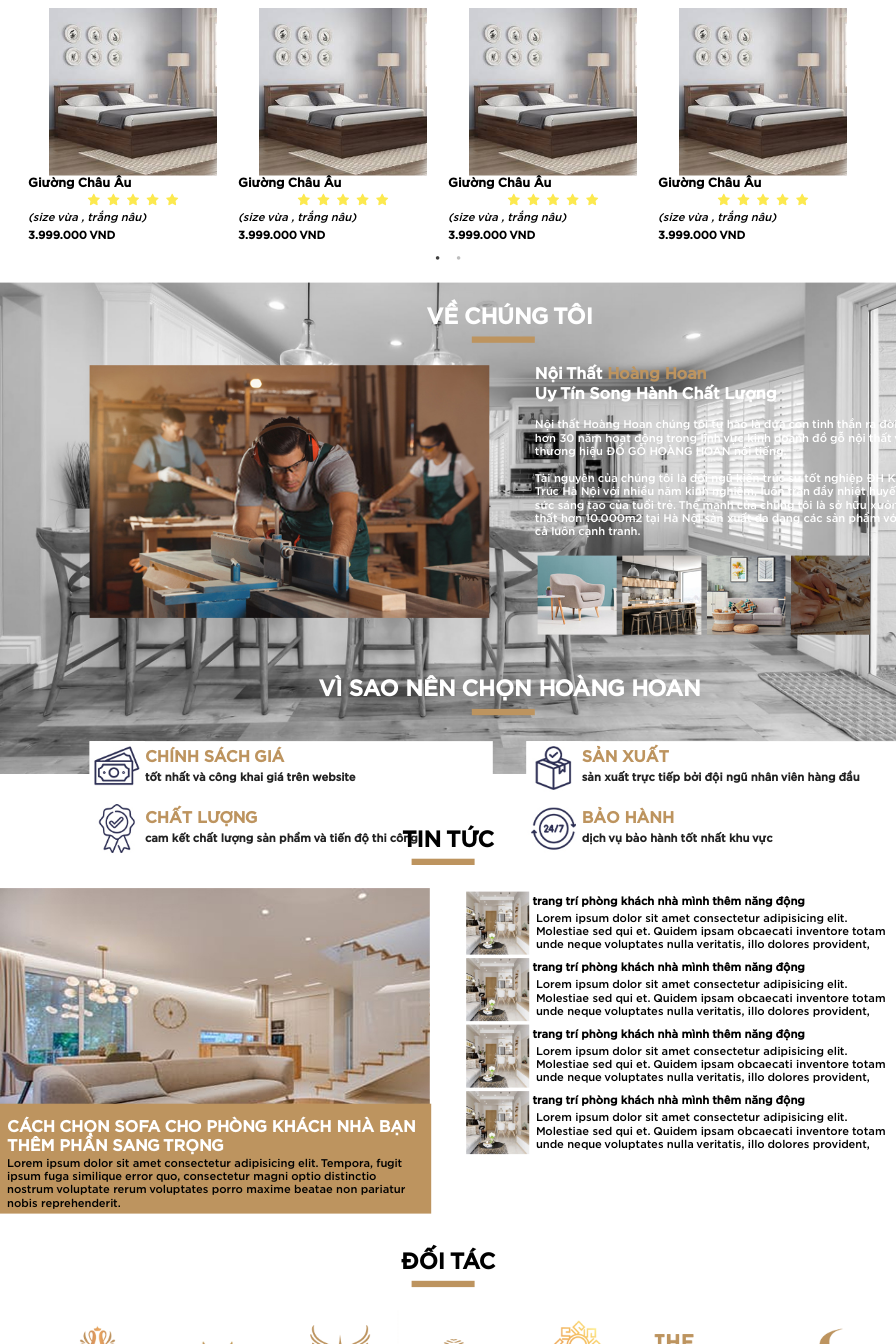
Repository: LDDUNG2003/prj_2
Page: /
An editor plug-in stored every save of this project. The page is shown before and after the next save, followed by the edit.
The browser window is 1280 px wide. The pictures show the part of the page from y = 1374 to 3294 px (the page is 3769 px tall before and 3779 px after), at 70% of full size.
The project was rebuilt for these pictures with package versions that can differ from the ones it lists, and the page was loaded fresh each time.

Above is the page before, as saved 2023-09-18 15:41:26.

### public/index.html
<!doctype html>
<html lang="en">
  <head>
    <meta charset="utf-8">
    <meta name="viewport" content="width=device-width, initial-scale=1">
    <link rel="shortcut icon" href="./img/logo.png">
    <link rel="preconnect" href="https://fonts.googleapis.com">
<link rel="preconnect" href="https://fonts.gstatic.com" crossorigin>
<link href="https://fonts.googleapis.com/css2?family=Roboto:ital,wght@0,100;0,300;0,400;0,500;1,100;1,400;1,500;1,700;1,900&display=swap" rel="stylesheet">
    <title>React App</title>
  </head>
  <body>
    <div id="root"></div>
    <!--
      This HTML file is a template.
      If you open it directly in the browser, you will see an empty page.

      You can add webfonts, meta tags, or analytics to this file.
      The build step will place the bundled scripts into the <body> tag.

      To begin the development, run `npm start`.
      To create a production bundle, use `npm run build`.
    -->
  </body>
</html>

### src/App.js
import React, { Component } from 'react';
import { BrowserRouter as Router , Routes, Route } from 'react-router-dom';
import defaultLayout from './layouts/defaultLayout';
import { publicRoute } from './routes';
import './styles/css/responsive.css';

class App extends Component {
  render() {
    let Layout = defaultLayout
    return (
      <Router>
        <div className="App">
        <Routes>
        {publicRoute.map((route ,index) => {
            const Page = route.component
            return <Route key={index} path={route.path} element={<Layout><Page/></Layout>}/>
          })}
        </Routes>
        </div>
      </Router>
    );
  }
}

export default App;

### src/layouts/defaultLayout/index.js
import Header from "../header";
import Footer from "../footer";
import "../../styles/css/base.css";

function defaultLayout({children}) {
    return(
        <>
        <Header />
        <div className="content">{children}</div>
        <Footer />
        </>
    );
}

export default defaultLayout;

### src/routes/index.js
import Home from '../pages/home'

const publicRoute = [
    {path: '/',component: Home}
]

export  {publicRoute}

### src/styles/css/responsive.css
@media (min-width:767px) {
    #mobileMenu {
        display: none;
    }
}

@media (max-width: 767px) {
    #mobileMenu {
        display: block;
    }
    .logo--block {
        width: 100%;
        display: flex;
        align-items: center;
        justify-content: space-between;
    }
    .navBar {
        display: block;
        height: auto;
    }
    .menu-mobile {
        width: 40px;
        height: 40px;
        padding: 10px;
        border: 0px;
        background-color: var(--primary-color);
    }
    .navBar__list {
        display: none;
        width: 100%;
    }
    .navBar__list-item {
        padding: 4px;
        border-bottom: 2px solid #ccc;
    }
    .content__focut {
        position: static;
    }
    .focut--item {
        width: 50%;
    }
    .content__banner {
        width: 100%;
    }
    .banner--content {
        display: none;
    }
    .slick-prev:before,
    .slick-next:before {
        display: none;
    }
    .about--background {
        display: none;
    }
    .about__us-bag {
        position: static;
    }
    .about--block {
        display: block;
    }
    .about--content {
        width: 100%;
        color: var(--text-color);
    }
    .about--content img {
        width: 100%;
    }
    .content--title {
        color: var(--text-color);
    }
    .news--contain {
        display: block;
    }
    .mobile-display {
        display: none;
    }
    .news--contain--item {
        width: 100%;
    }
    .news--list-item {
        width: 100%;
        overflow: hidden;
    }
    .news--list-item img {
        height: 100%;
    }
    .partner--list {
        flex-wrap: wrap;
    }
    .partner--item {
        width: 50%;
    }
    .content--contact {
        display: none;
    }
    .footer__lable {
        display: block;
    }
    .footer--list {
        width: 100%;
        padding: 10px 0px;
    }
    .footer--list-item {
        width: 100%;
        padding: 5px 0px;
    }
    /* news responsive */
    .news--content-list {
        margin: 0px 20px;
    }
    .news--content-item {
        width: 100%;
    }
    .featured--list {
        width: 100%;
        margin: 10px;
        flex-wrap: wrap;
    }
    .featured--item {
        width: 100%;
    }
}

### src/layouts/header/index.js
function Header(){
    return (
        <div className="header">
            <div className="navBar">
                <div className="logo--block">
                <img src="./img/logo.png" alt="logo" className="logo" />
                <button className="menu-mobile" id="mobileMenu"><i className="fas fa-bars" style={{color: '#fff'}} /></button>
                </div>
                <ul className="navBar__list">
                <li className="navBar__list-item"><a href="./index.html" className="navBar__list--link">trang chủ</a></li>
                <li className="navBar__list-item">
                    <a href="./index.html" className="navBar__list--link">giới thiệu</a>
                </li>
                <li className="navBar__list-item">
                    <a href="./product.html" className="navBar__list--link">sản phẩm</a>
                </li>
                <li className="navBar__list-item">
                    <a href="./partner.html" className="navBar__list--link">đối tác</a>
                </li>
                <li className="navBar__list-item">
                    <a href="./news.html" className="navBar__list--link">tin tức</a>
                </li>
                <li className="navBar__list-item">
                    <a href className="navBar__list--link">liên hệ</a>
                </li>
                </ul>
            </div>
        </div>

    )
}

export default Header

### src/layouts/footer/index.js
function Footer(){
    return (
        <div className="footer ">
            <div className="footer__lable">
                <ul className="footer--list">
                <li className="footer--list-item">
                    <h3 className="footer--list-heading">
                    thông tin chung
                    </h3>
                </li>
                <li className="footer--list-item footer--inheri">công ty tnhh hoàng hoan</li>
                <li className="footer--list-item"><i className="fa-solid fa-phone" style={{color: '#ffffff'}} />099999999</li>
                <li className="footer--list-item"><i className="fa-regular fa-envelope" style={{color: '#ffffff'}} />excepturi@gmail.com
                </li>
                <li className="footer--list-item"><i className="fa-solid fa-location-dot fa-beat" style={{color: '#ffffff'}} />26 khương đình , thanh xuân , hà nội</li>
                </ul>
                <ul className="footer--list">
                <li className="footer--list-item">
                    <h3 className="footer--list-heading">về chúng tôi</h3>
                </li>
                <li className="footer--list-item">giới thiệu</li>
                <li className="footer--list-item">sản phẩm</li>
                <li className="footer--list-item">tin tức</li>
                <li className="footer--list-item">đối tác</li>
                <li className="footer--list-item">liên hệ</li>
                </ul>
                <ul className="footer--list">
                <li className="footer--list-item">
                    <h3 className="footer--list-heading">kết nối với chúng tôi</h3>
                </li>
                <li className="footer--list-item">
                    <ul className="footer--list-contact">
                    <li className="fooder--list-contact-item"><i className="fa-brands fa-square-facebook" style={{color: '#ffffff'}} /></li>
                    <li className="fooder--list-contact-item"><i className="fa-brands fa-instagram" style={{color: '#ffffff'}} />
                    </li>
                    <li className="fooder--list-contact-item"><i className="fa-regular fa-envelope" style={{color: '#fcfcfd'}} />
                    </li>
                    </ul>
                </li>
                <li className="footer--list-item"><img style={{height: 23}} src="./img/ve-chung-toi/chat-luong.jpg" alt /></li>
                </ul>
            </div>
        </div>
    )
}

export default Footer

### src/styles/css/base.css
* {
    padding: 0px;
    margin: 0px;
    font-family: "Gotham-Medium";
}

:root {
    --primary-color: #bd945f;
    --text-color: #222222;
}


/* font setting */

@font-face {
    font-family: "Gotham-Medium";
    src: url(../front/Gotham-Medium.otf);
}

@font-face {
    font-family: "Gotham-Thin";
    src: url(../front/Gotham-Thin.otf);
}

@font-face {
    font-family: "Gotham-Ultra";
    src: url(../front/Gotham-Ultra.otf);
}

.App {
    width: 100%;
    overflow: hidden;
}

.main {
    width: 100%;
}

.header {
    padding: 10px 0px;
    margin: auto;
    width: 100%;
    max-width: 1200px;
}

.navBar {
    display: flex;
    width: 100%;
    justify-content: space-between;
}

.logo {
    height: 80px;
}

.navBar__list {
    display: flex;
    list-style: none;
    align-items: center;
}

.navBar__list-item {
    margin: 0 10px;
}

.navBar__list--link {
    text-transform: uppercase;
    font-size: 16px;
    color: var(--text-color);
    text-decoration: none;
}

.featured--content {}

.featured-name {
    font-size: 18px;
    text-transform: capitalize;
}

.evaluate--list {
    list-style: none;
    display: flex;
    justify-content: center;
}

.evaluate--list li {
    padding: 5px;
    margin: 0;
}

.note-product {}

.content--title {
    font-size: 32px;
    padding: 50px 0px;
    text-align: center;
    position: relative;
    text-transform: uppercase;
}

.content--title::before {
    content: '';
    background-color: var(--primary-color);
    width: 90px;
    height: 9px;
    position: absolute;
    top: 70%;
    right: 47%;
}

.content__featured {
    width: 100%;
    max-width: 1200px;
    margin: auto;
    padding-bottom: 30px;
}

.featured--list {
    width: 100%;
    list-style: none;
    display: flex;
    text-align: center;
}

.featured--item {}

.featured--img {
    width: 80%;
    margin: auto;
}

.price-product {
    padding: 7px 0px;
    font-weight: 800;
    font-size: 16px;
}

.slick-prev:before,
.slick-next:before {
    color: var(--primary-color);
    width: 15px;
}

.footer {
    background-color: black;
}

.footer__lable {
    max-width: 1200px;
    margin: auto;
    display: flex;
    width: 100%;
    justify-content: space-around;
    color: #fff;
    justify-content: space-between;
}

.footer--list {
    list-style: none;
    width: 32%;
}

.footer--list-item {
    font-size: 16px;
    padding-top: 8px;
    text-transform: capitalize;
    font-family: initial;
}

.footer--list-heading {
    font-size: 18px;
    font-weight: 300;
    text-transform: uppercase;
    position: relative;
    padding-bottom: 0px;
    font-family: 'Gotham-Medium';
}

.footer--list-heading::after {
    content: '';
    background-color: var(--primary-color);
    width: 110px;
    padding-top: 6px;
    position: absolute;
    left: 0px;
    bottom: -8px;
}

.footer--inheri {
    text-transform: uppercase;
    font-weight: 600;
    font-size: 18px;
}

.footer--list-contact {
    display: flex;
    list-style: none;
}

.fooder--list-contact-item {
    width: 16px;
    padding: 5px;
}

### src/pages/home/setProductSlick/index.js
import "slick-carousel/slick/slick.css";
import "slick-carousel/slick/slick-theme.css";
import React, { Component } from "react";
import Slider from "react-slick";
import "~/styles/css/home.css"
import Star from "~/font-awesome"

export default class SimpleSlider extends Component {

  render() {
    const settings = {
      dots: true,
      speed: 300,
      slidesToShow: 4,
      slidesToScroll: 4,
      infinite: false,
    };
    return (
      <div>
        <Slider {...settings}>
        <li className="featured--item">
            <img src="./img/featured/giuong-ngu.png" alt className="featured--img" />
            <div className="featured--content">
              <h5 className="featured-name">Giường Châu Âu</h5>
              <ul className="evaluate--list">
                <li><Star/></li>
                <li><Star/></li>
                <li><Star/></li>
                <li><Star/></li>
                <li><Star/></li>
              </ul>
              <i className="note-product">(size vừa , trắng nâu)</i>
              <p className="price-product">3.999.000 VND</p>
            </div>
          </li>
          <li className="featured--item">
            <img src="./img/featured/giuong-ngu.png" alt className="featured--img" />
            <div className="featured--content">
              <h5 className="featured-name">Giường Châu Âu</h5>
              <ul className="evaluate--list">
               <li><Star/></li>
                <li><Star/></li>
                <li><Star/></li>
                <li><Star/></li>
                <li><Star/></li>
              </ul>
              <i className="note-product">(size vừa , trắng nâu)</i>
              <p className="price-product">3.999.000 VND</p>
            </div>
          </li>
          <li className="featured--item">
            <img src="./img/featured/giuong-ngu.png" alt className="featured--img" />
            <div className="featured--content">
              <h5 className="featured-name">Giường Châu Âu</h5>
              <ul className="evaluate--list">
               <li><Star/></li>
                <li><Star/></li>
                <li><Star/></li>
                <li><Star/></li>
                <li><Star/></li>
              </ul>
              <i className="note-product">(size vừa , trắng nâu)</i>
              <p className="price-product">3.999.000 VND</p>
            </div>
          </li>
          <li className="featured--item">
            <img src="./img/featured/giuong-ngu.png" alt className="featured--img" />
            <div className="featured--content">
              <h5 className="featured-name">Giường Châu Âu</h5>
              <ul className="evaluate--list">
               <li><Star/></li>
                <li><Star/></li>
                <li><Star/></li>
                <li><Star/></li>
                <li><Star/></li>
              </ul>
              <i className="note-product">(size vừa , trắng nâu)</i>
              <p className="price-product">3.999.000 VND</p>
            </div>
          </li>
          <li className="featured--item">
            <img src="./img/featured/giuong-ngu.png" alt className="featured--img" />
            <div className="featured--content">
              <h5 className="featured-name">Giường Châu Âu</h5>
              <ul className="evaluate--list">
               <li><Star/></li>
                <li><Star/></li>
                <li><Star/></li>
                <li><Star/></li>
                <li><Star/></li>
              </ul>
              <i className="note-product">(size vừa , trắng nâu)</i>
              <p className="price-product">3.999.000 VND</p>
            </div>
          </li>
        </Slider>
      </div>
    );
  }
}

### src/styles/css/home.css
.content {
    width: 100%;
    max-width: 1500px;
    margin: auto;
}

.content__banner {
    width: 100%;
    position: relative;
}

.content--list-image {
    width: 100%;
    max-width: 1500px;
    margin: auto;
}

.content--image {
    width: 100%;
}

.banner--content {
    position: absolute;
    top: 10%;
    left: 15%;
}

.banner--content-text-title {
    text-transform: uppercase;
    font-family: 800;
    font-family: "gotham-utral";
    font-size: 25px;
}

.banner--content-text {
    font-size: 18px;
    color: var(--text-color);
    width: 420px;
}

.banner--button {
    padding: 20px;
    color: aliceblue;
    background-color: var(--primary-color);
    border: none;
    font-family: "gotham-utral";
    font-size: 18px;
    cursor: pointer;
}

.content__focut {
    position: relative;
    background-color: #ffffff;
    top: -60px;
    max-width: 1200px;
    width: 100%;
    margin: auto;
}

.focut--list {
    margin: auto;
    display: flex;
    width: 100%;
    list-style: none;
    flex-wrap: wrap;
}

.focut--item {
    width: 25%;
    text-align: center;
}

.focut--img {
    width: 100%;
}

.focut--text {
    text-align: center;
    font-size: 23px;
}

.content__featured {
    width: 100%;
    max-width: 1200px;
    margin: auto;
    padding-bottom: 30px;
}

.featured--list {
    width: 100%;
    list-style: none;
    display: flex;
    text-align: center;
}

.featured--item {
    width: 24%;
}

.featured--img {
    width: 80%;
    margin: auto;
}

.about__us {
    width: 100%;
    max-width: 1500px;
    margin: auto;
    position: relative;
    padding: 20px 0px;
}

.about--background {
    width: 100%;
    height: 100%;
}

.about--background img {
    width: 100%;
    filter: grayscale(100%) contrast(100%);
    height: 100%;
}

.about__us-bag {
    position: absolute;
    top: 0px;
    width: 100%;
    max-width: 1200px;
    left: 10%;
    color: #ffffff;
}

.about__content {
    width: 100%;
}

.about--block {
    display: flex;
    justify-content: space-between;
}

.about--content {
    width: 47%;
}

.about--content--title {
    font-size: 23px;
}

.about--text--list {
    font-size: 16px;
    padding: 10px 0px;
}

.about--text {
    padding: 10px 0px;
}

.about--list {
    list-style: none;
    display: flex;
}

.about--item {
    width: 20%;
    padding: 4px;
}

.about--img {
    width: 100%;
}

.choose__choose {
    width: 100%;
}

.choose--list {
    list-style: none;
    display: flex;
    flex-wrap: wrap;
    justify-content: space-between;
}

.choose--item {
    align-items: center;
    margin: 5px 0px;
    width: 48%;
    display: flex;
    background-color: #ffffff;
}

.choose--content-title {
    color: var(--primary-color);
    font-size: 23px;
    text-transform: uppercase;
    font-weight: 800;
}

.choose--text {
    font-weight: 700;
    font-size: 16px;
    padding: 5px 0px;
    color: var(--text-color);
}

.news {}

.content--title {}

.news--contain {
    display: flex;
    width: 100%;
    justify-content: space-between;
}

.news--contain--item {
    width: 48%;
    position: relative;
}

.impotant--grd {
    height: 460px;
    width: 100%;
}

.news-contain-impotant {
    margin-right: 10px;
    position: absolute;
    bottom: 0;
    height: 25%;
    background-color: var(--primary-color);
    padding: 20px 10px;
    width: 97%;
}

.news--impotant-heading {
    font-size: 23px;
    text-transform: uppercase;
    color: #ffffff;
}

.news--impotant-text {
    font-size: 16px;
}

.news--list {
    list-style: none;
}

.news--list-item {
    margin: 5px 0;
    display: flex;
    height: 90px;
}

.news--item-contain {
    margin: 5px;
}

.new--itemheading {}

.news--impotant-text {
    margin: 0px;
}

.partner--contain {}

.partner--list {
    display: flex;
    list-style: none;
    flex-wrap: wrap;
    width: 100%;
    /* setup max width  */
    max-width: 1200px;
    margin: auto;
}

.partner--item {
    /* setup width calc 100/7 */
    width: calc(100% / 7);
    /* width: calc(100%/7%); */
}

.content--contact {
    width: 100%;
    margin: auto;
    max-width: 1500px;
    position: relative;
}

.contact--contain {}

.contact-bg {
    width: 100%;
}

.contact-contain {}

.contact-image {
    position: absolute;
    display: none;
}

### src/font-awesome/index.js
import { FontAwesomeIcon } from "@fortawesome/react-fontawesome";
import { faStar } from "@fortawesome/free-solid-svg-icons";
function Star() {
    return (
        <FontAwesomeIcon icon={faStar} style={{color: "#fce94f",}} />
     );
}

export default Star;

Loaded but not shown: src/index.js (common file); src/index.css (common file); src/pages/home/index.js (220 lines, source omitted)

After the next save:
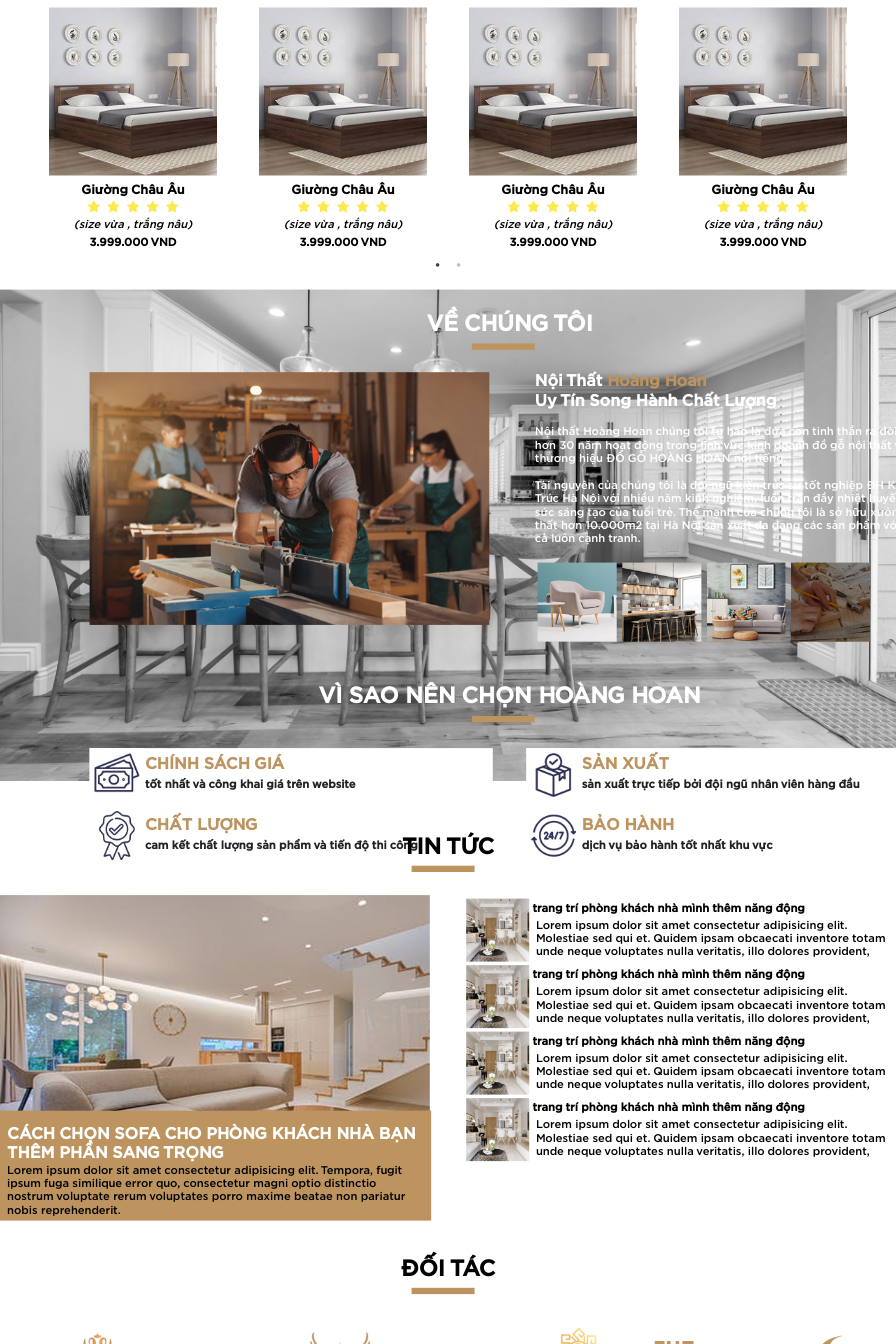
Saved 2 min 59 s later.
--- a/src/styles/css/base.css
+++ b/src/styles/css/base.css
@@ -70,7 +70,10 @@
     text-decoration: none;
 }
 
-.featured--content {}
+.featured--content {
+    padding-top: 10px;
+    text-align: center;
+}
 
 .featured-name {
     font-size: 18px;
